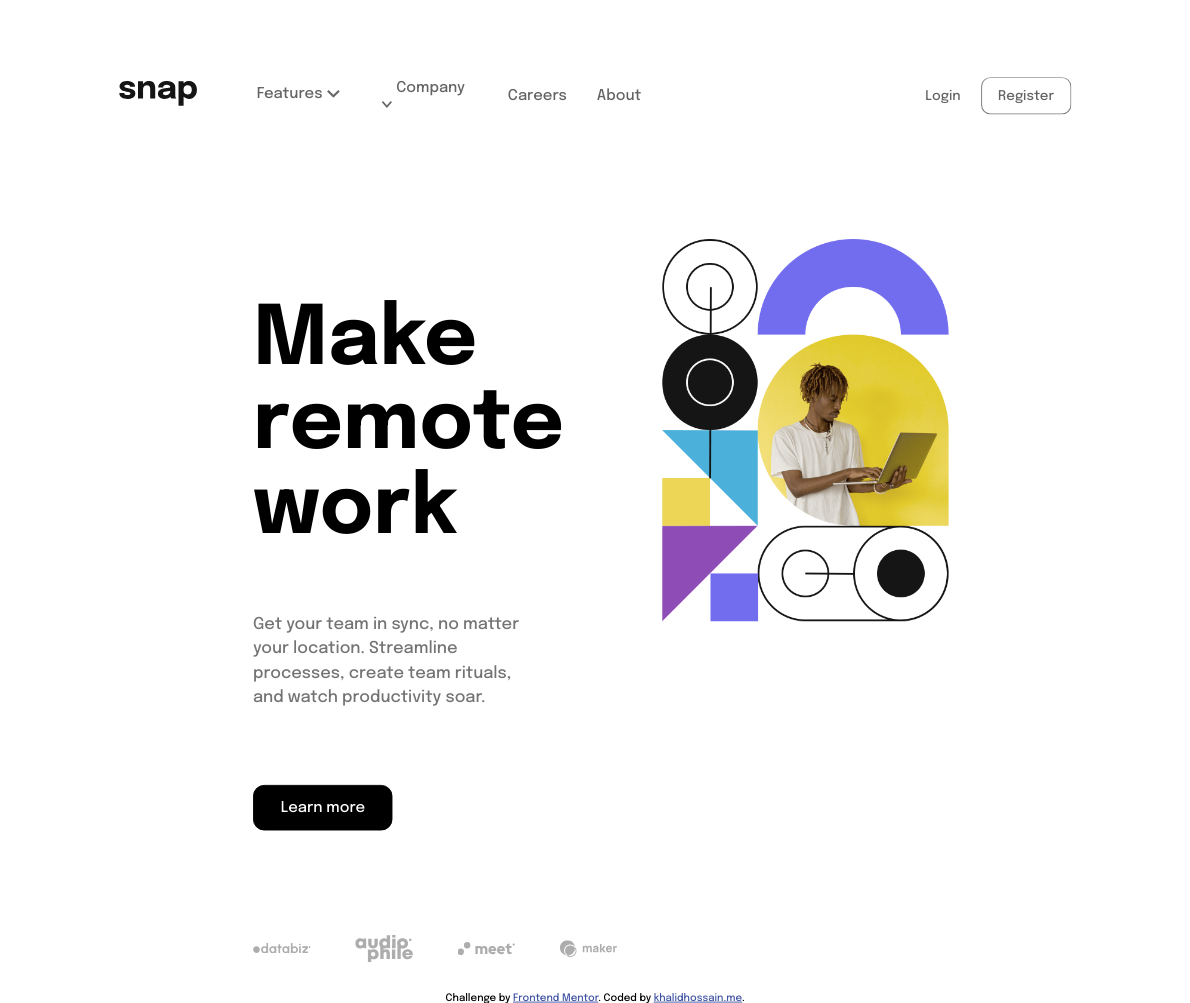
Repository: badhon252/revision
Page: intro-section-with-dropdown-navigation-main/index.html
The author's editor kept a copy of each file at every save. The page is drawn from the files as they stood at one save, then again after the next save.
The browser window is 1280 px wide. The pictures show the whole page, at 93% of full size.
The style sheet was rebuilt from its Sass, Less or Tailwind sources for each picture, by a compiler version that may differ from the author's.

Above is the page before, as saved 2022-08-07 03:34:00.

After the next save:
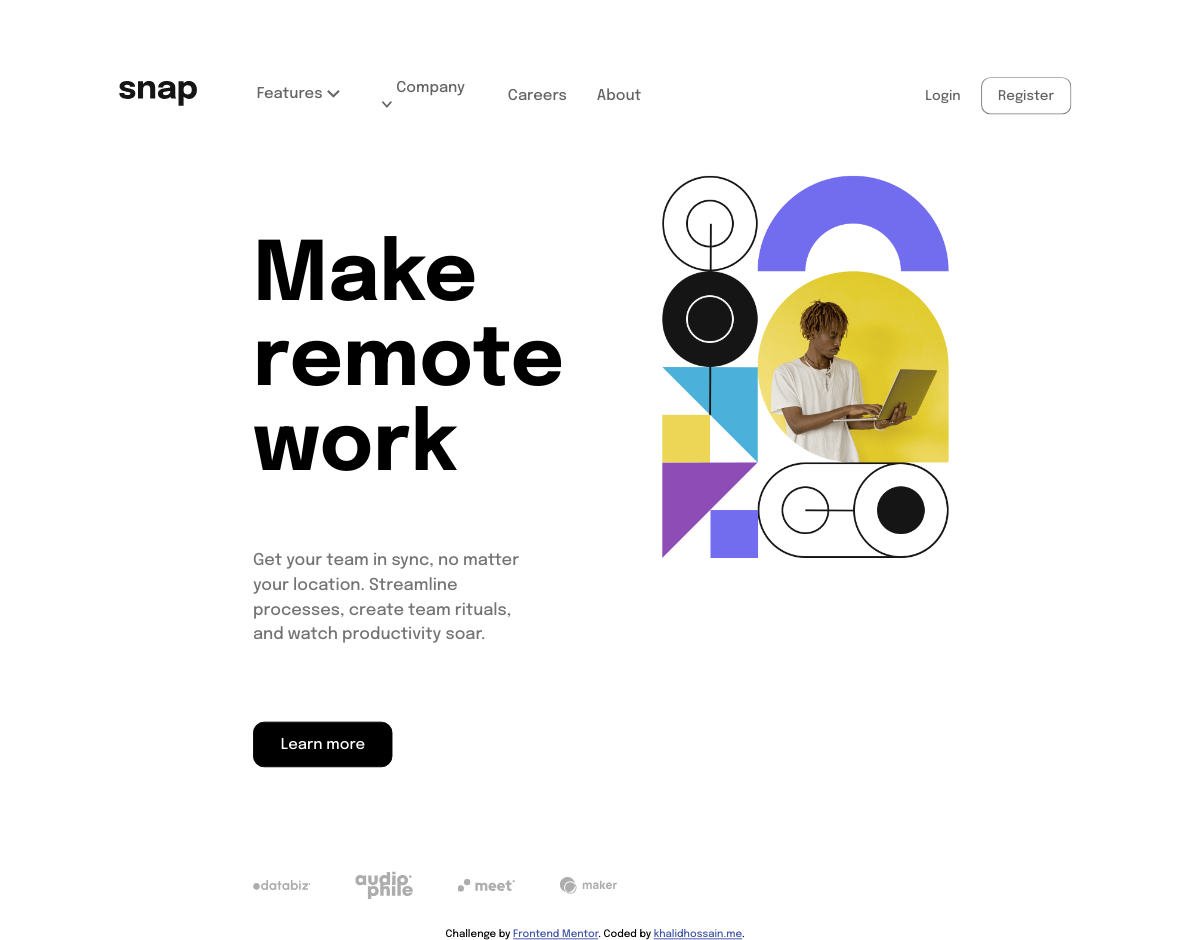
Saved 93 s later.
--- a/intro-section-with-dropdown-navigation-main/scss/style.scss
+++ b/intro-section-with-dropdown-navigation-main/scss/style.scss
@@ -13,7 +13,7 @@
     align-items: center;
     padding: 2rem 8rem;
     margin-top: -82px;
-    margin-bottom: -62px;
+    margin-bottom: -130px;
     .nav {
       display: flex;
       align-items: center;
